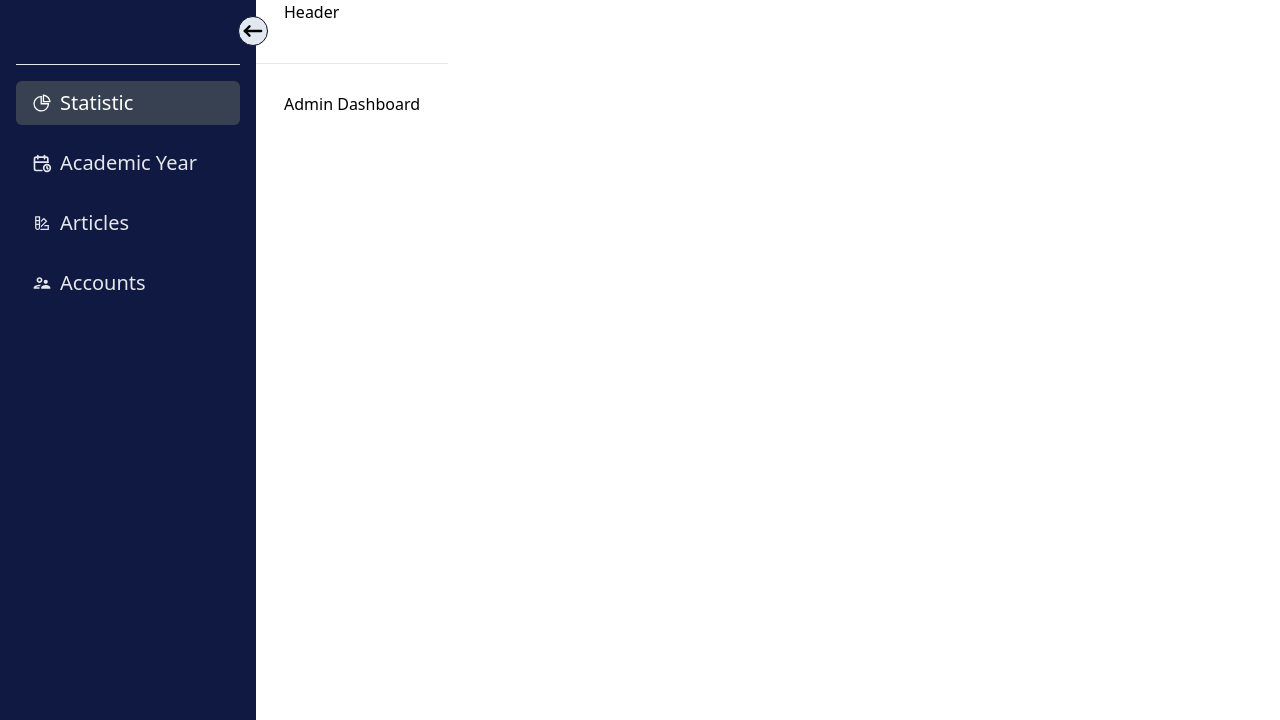
Repository: huynhvanngoan/COMP1640FE-Template
Page: /admin
An editor plug-in stored every save of this project. The page is shown before and after a run of saves, followed by the edit.
The browser window is 1280 px wide. The pictures show the whole page.
The project was rebuilt for these pictures with package versions that can differ from the ones it lists, and the page was loaded fresh each time. Also part of the build but not shown: src/components/buttonStyles.js, src/pages/LoginPage.jsx, src/pages/student/StudentDashboard.jsx, src/pages/department/DepartmentDashboard.jsx, src/pages/marketing/MarketingDashboard.jsx, src/pages/guest/GuestDashboard.jsx.

Above is the page before, as saved 2024-03-24 06:53:58.

### src/index.js
import React from 'react';
import ReactDOM from 'react-dom/client';
import './index.css';
import App from './App';

const root = ReactDOM.createRoot(document.getElementById('root'));
root.render(
  <React.StrictMode>
      <App />
  </React.StrictMode>
)

### src/index.css
@import url('https://fonts.googleapis.com/css2?family=Inter:wght@100;200;300;400;500;600;700;800;900&display=swap');
@tailwind base;
@tailwind components;
@tailwind utilities;

### src/App.js
import React from 'react'
import { BrowserRouter as Router, Routes, Route, Navigate } from "react-router-dom";
import LoginPage from './pages/LoginPage';
import StudentDashboard from './pages/student/StudentDashboard';
import DepartmentDashboard from './pages/department/DepartmentDashboard';
import MarketingDashboard from './pages/marketing/MarketingDashboard';
import GuestDashboard from './pages/guest/GuestDashboard';
import Layout from './pages/admin/layout';
const App = () => {


  return (
    <Router>
        <Routes>
          <Route path="/login" element={<LoginPage/>} />

          <Route path="/admin" element={<Layout />}/>

          <Route path="/student-dashboard" element={<StudentDashboard />}/>

          <Route path="/guest-dashboard" element={<GuestDashboard />}/>

          <Route path="/department-dashboard" element={<DepartmentDashboard />}/>

          <Route path="/marketing-dashboard" element={<MarketingDashboard />}/>

          {/* <Route path='/marketing-homepage' element={<MarketingHomePage  />}/> */}

          <Route path='*' element={<Navigate to="/login" />} />

        </Routes>
    </Router>
  )
}

export default App

### src/pages/admin/layout.js
import React from 'react';
import Sidebar from './Sidebar';
import Header from './Header';
import AdminDashboard from './AdminDashboard';


export default function Layout() {
  return (
      <div className='flex'>
        <Sidebar />
        <div className='flex flex-col'>
          <Header />
          <AdminDashboard />
        </div>
      </div>
  );
}

### src/pages/admin/Sidebar.js
import React, { useState } from 'react';
import { Link } from 'react-router-dom';
import { AiOutlinePieChart } from "react-icons/ai";
import { TbCalendarTime } from "react-icons/tb";
import { LiaSwatchbookSolid } from "react-icons/lia";
import { MdOutlineSupervisorAccount } from "react-icons/md";
import { TbArrowNarrowLeft } from "react-icons/tb";
export const SidebarContent = [
  {
    icon: AiOutlinePieChart,
    heading: "Statistic"
  },
  {
    icon: TbCalendarTime,
    heading: "Academic Year"
  },
  {
    icon: LiaSwatchbookSolid,
    heading: "Articles"
  },
  {
    icon: MdOutlineSupervisorAccount,
    heading: "Accounts"
  }
]

export default function Sidebar() {
  const [selected, setSelected] = useState(0);
  const [colapse, setColapse] = useState(true);

  return (
    <div className={`left-0 top-0 h-screen bg-[#0f1941] p-4 ${colapse ? "w-64" : "w-20"} duration-300`}>
        <div className='flex flex-col'>
           <div className='relative flex h-10 justify-end'>
            <TbArrowNarrowLeft  className={`text-3xl bg-slate-200 rounded-full cursor-pointer absolute -right-7 border border-[#080e24] hover:text-white ${!colapse && 'rotate-180'}`} onClick={() => setColapse(!colapse)} />
           </div>
          <ul className='my-2 border-t pt-4 w-full items-center'>
            {SidebarContent.map((item, index) => {
              return (
                <li className={selected === index  ? "mb-4 group active" : "mb-4" } key={index} onClick={() => setSelected(index)}>
                  <Link to="#" className={`flex w-full rounded-md items-center space-x-2 text-gray-200 px-4 py-2 text-xl hover:bg-[#080e24] hover:text-white group-[.active]:bg-gray-700 group-[.active]:text-white`}>
                    { colapse ? (
                      <>
                        <item.icon />
                        <span>{item.heading}</span>
                      </>
                    ) : ( <item.icon />)
                    }
                  </Link>
                </li>
              )
            })}
          </ul>
        </div>
    </div>
  );
}

### src/pages/admin/Header.js
import React from 'react';

export default function Header() {
  return (
    <div className='px-7 border-b w-full h-16'>
        Header
    </div>
  );
}

### src/pages/admin/AdminDashboard.js
import React from 'react'

const AdminDashboard = () => {
  return (
      <div className='p-7'>
        Admin Dashboard
      </div>
  )
}

export default AdminDashboard

### tailwind.config.js
/** @type {import('tailwindcss').Config} */
module.exports = {
  content: [
    "./src/**/*.{js,jsx,ts,tsx}",
  ],
  theme: {
    extend: {
      fontFamily: {
        "inter": ["Inter", "sans-serif"]
      }
    },
  },
  plugins: [],
}

Loaded but not shown: public/index.html (common file)

After the next 3 saves:
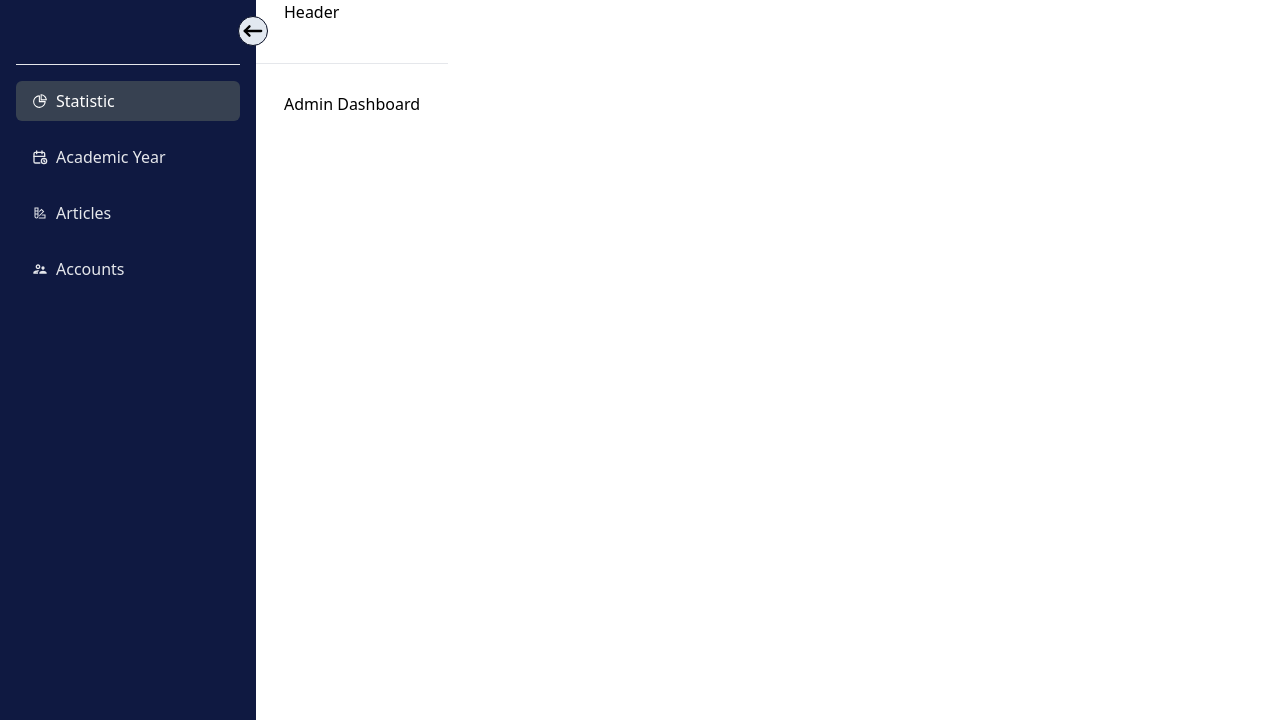
The 3 saves are shown as one change because they came seconds apart.
The last was saved 8 s later.
--- a/src/pages/admin/Sidebar.js
+++ b/src/pages/admin/Sidebar.js
@@ -38,7 +38,7 @@ export default function Sidebar() {
             {SidebarContent.map((item, index) => {
               return (
                 <li className={selected === index  ? "mb-4 group active" : "mb-4" } key={index} onClick={() => setSelected(index)}>
-                  <Link to="#" className={`flex w-full rounded-md items-center space-x-2 text-gray-200 px-4 py-2 text-xl hover:bg-[#080e24] hover:text-white group-[.active]:bg-gray-700 group-[.active]:text-white`}>
+                  <Link to="#" className={`flex w-full rounded-md items-center space-x-2 text-gray-200 px-4 py-2 hover:bg-[#080e24] hover:text-white group-[.active]:bg-gray-700 group-[.active]:text-white $`}>
                     { colapse ? (
                       <>
                         <item.icon />
